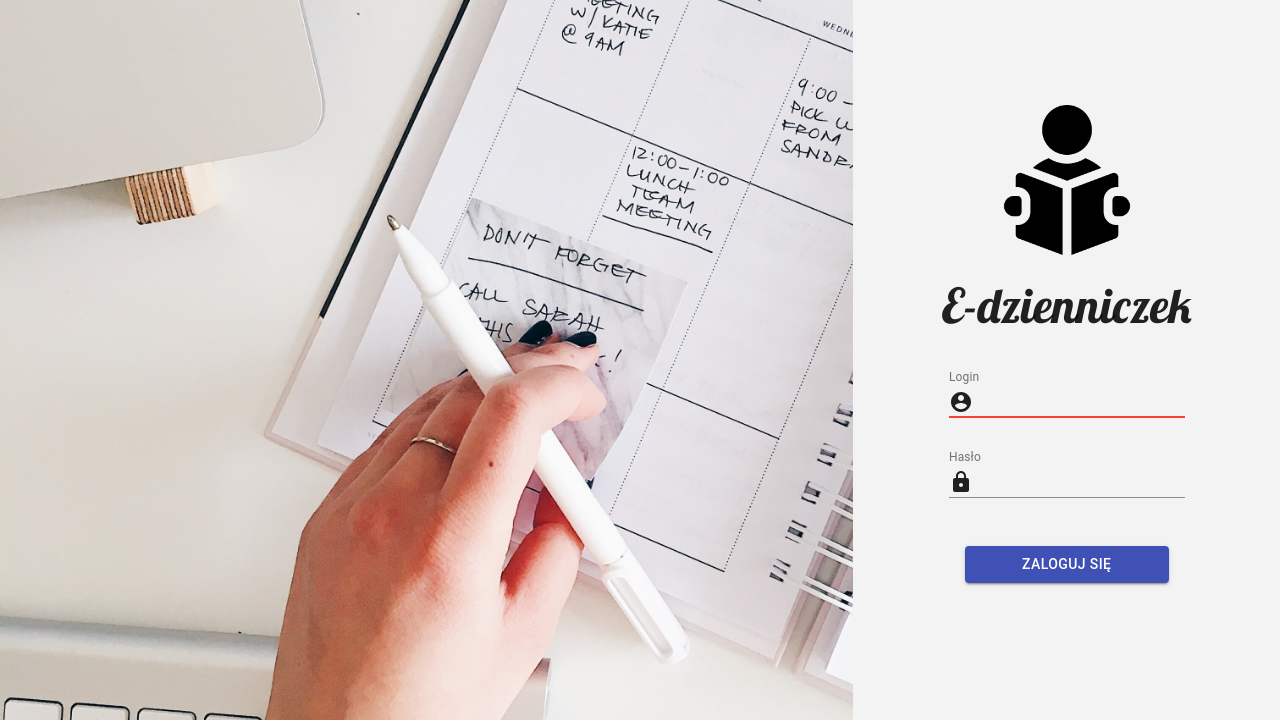
Repository: dominik3131/E-dzienniczek
Page: /
These files come from the project's save history. The page is drawn as it stood at one moment and after the next save; the edit follows.
The browser window is 1280 px wide. The pictures show the whole page.
The project was rebuilt for these pictures with package versions that can differ from the ones it lists, and the page was loaded fresh each time.

Above is the page before, as saved 2020-11-17 13:57:38.

After the next save:
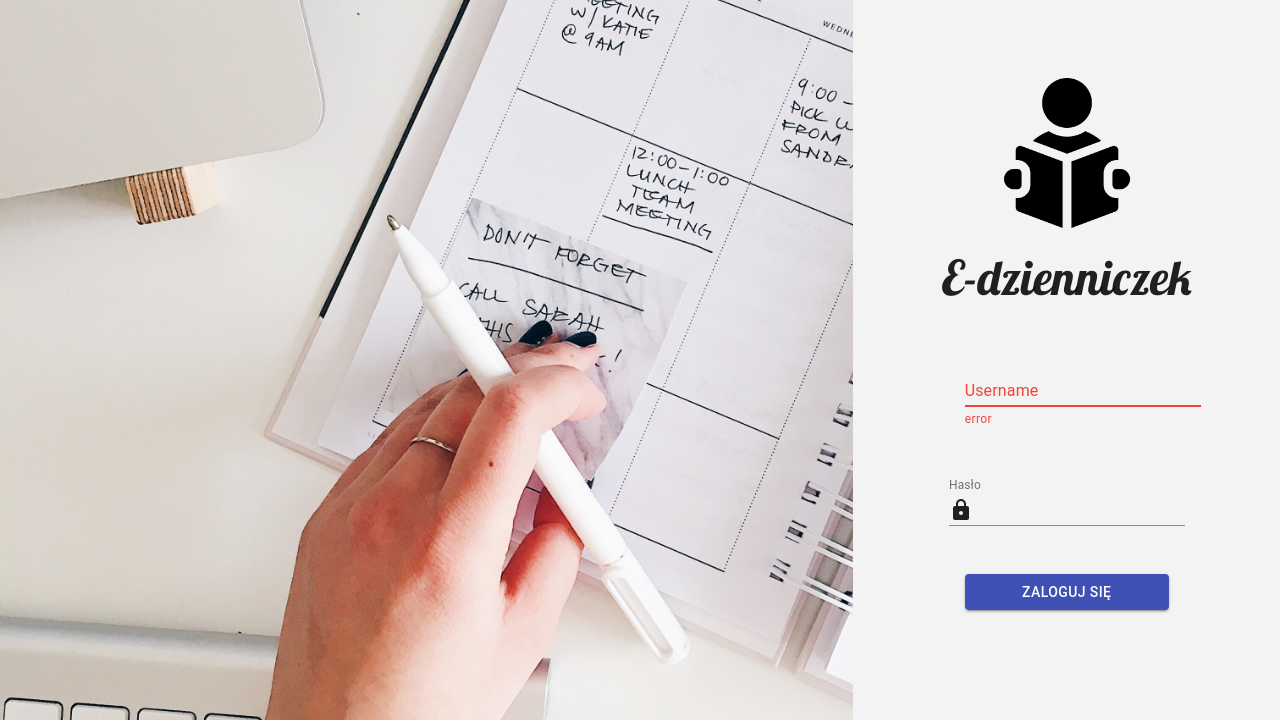
Saved 30 s later.
--- a/src/components/LoginForm/LoginForm.js
+++ b/src/components/LoginForm/LoginForm.js
@@ -36,14 +36,14 @@ const LoginForm = (props) => {
   return (
     <form className={classes.root} noValidate autoComplete="off">
       <FormControl>
-        <InputLabel htmlFor="username">Login</InputLabel>
-        <Input
+        <TextField
           id="username"
           name="username"
           helperText="error"
           error={
             data.username.length === 0 ? "podany email nie istnieje" : null
           }
+          label="Username"
           startAdornment={
             <InputAdornment position="start">
               <AccountCircle />
